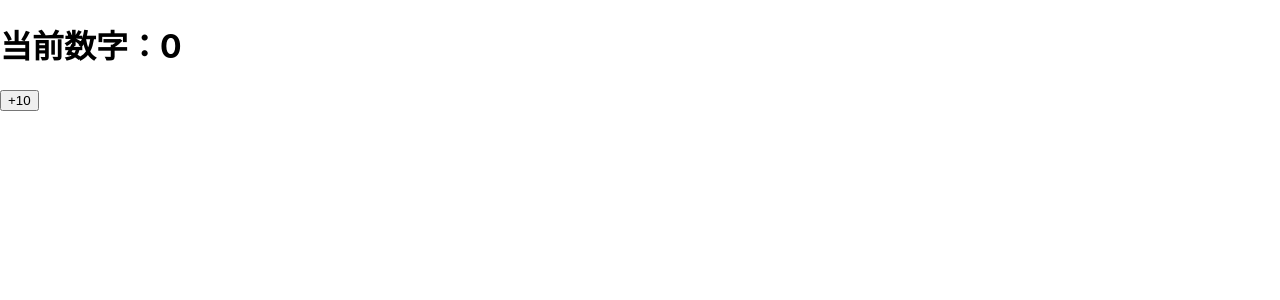
Repository: ZhangCoder0812/zf-react-project
Page: /
The author's editor kept a copy of each file at every save. The page is drawn from the files as they stood at one save, then again after the next save.
The browser window is 1280 px wide. The pictures show the whole page.
The project was rebuilt for these pictures with package versions that can differ from the ones it lists, and the page was loaded fresh each time.

Above is the page before, as saved 2021-05-17 10:30:39.

After the next save:
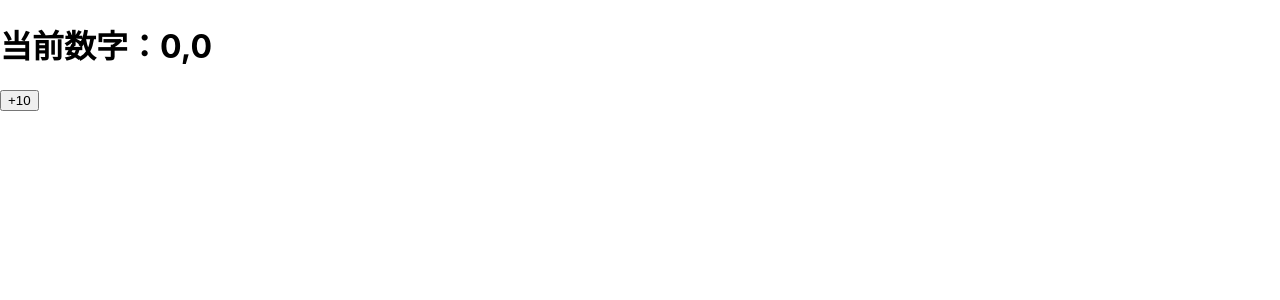
Saved 18 s later.
--- a/src/App.js
+++ b/src/App.js
@@ -56,7 +56,7 @@ function App() {
     };
     return (
         <div>
-            <h1>当前数字：{state.count}</h1>
+            <h1>当前数字：{state.count},{state.count}</h1>
             <button onClick={() => changCount(10)}>+10</button>
         </div>
     );
